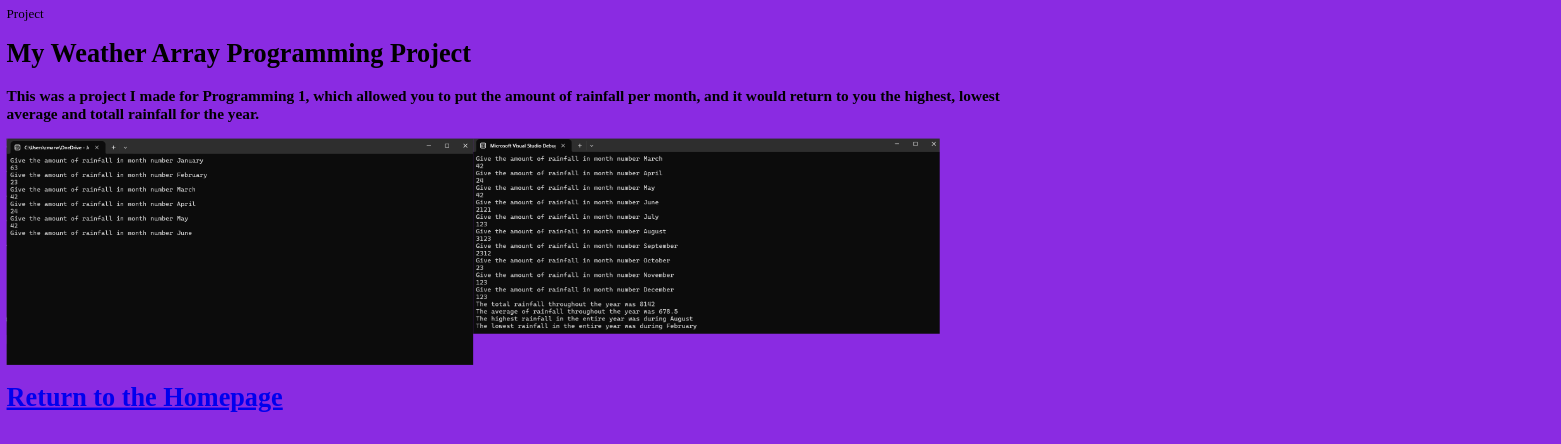
Repository: captainm64/captainm64
Page: projectshow.html
These files come from the project's save history. The page is drawn as it stood at one moment and after the next save; the edit follows.
The browser window is 1280 px wide. The page is 1904 px wide, so the pictures cover 1904 px, including what lies to the right of the window. The pictures show the whole page, at 82% of full size.

Above is the page before, as saved 2026-05-12 09:32:00.

After the next save:
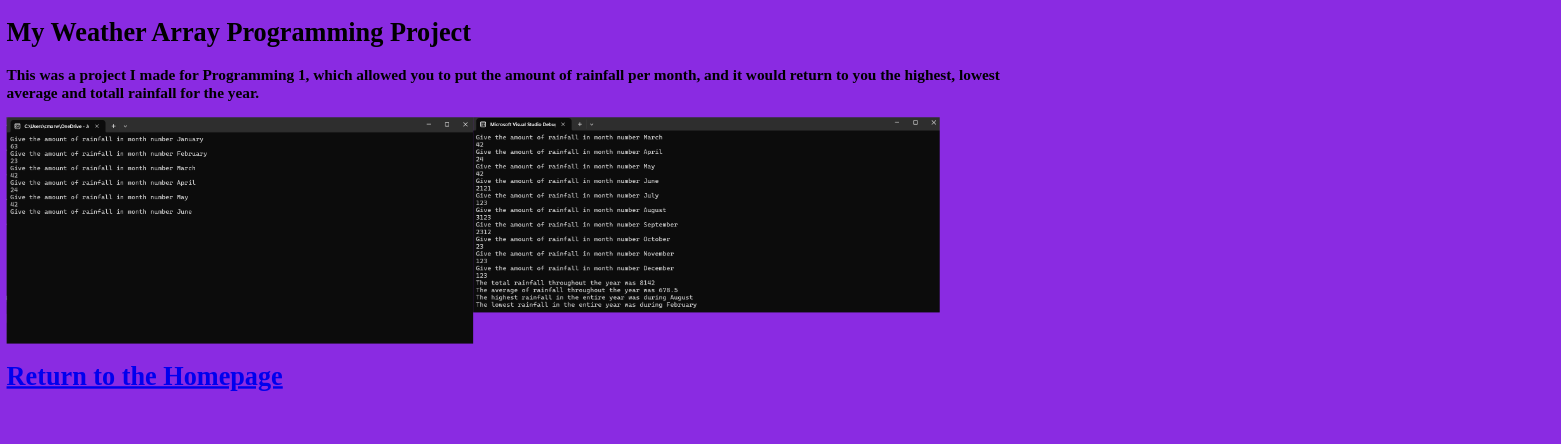
Saved 6 s later.
--- a/projectshow.html
+++ b/projectshow.html
@@ -6,7 +6,6 @@
          <title>Project</title>
     </head>
 <body>
-<Header ID>Project</Header>
 <main>
 <h1>My Weather Array Programming Project</h1>
 
@@ -15,9 +14,9 @@
 </h3>
 
 <div class = "demos">
- <img src="./assets/images/demo1.png" alt = "Code demonstration: numbers being put in"/>
+ <img src="../../assets/images/demo1.png" alt = "Code demonstration: numbers being put in"/>
 
- <img src="./assets/images/demo2.png" alt = "Code demonstration: result"/>
+ <img src="../../assets/images/demo2.png" alt = "Code demonstration: result"/>
 </div>
 
  <a href = index.html><h1>Return to the Homepage</h1></a>
